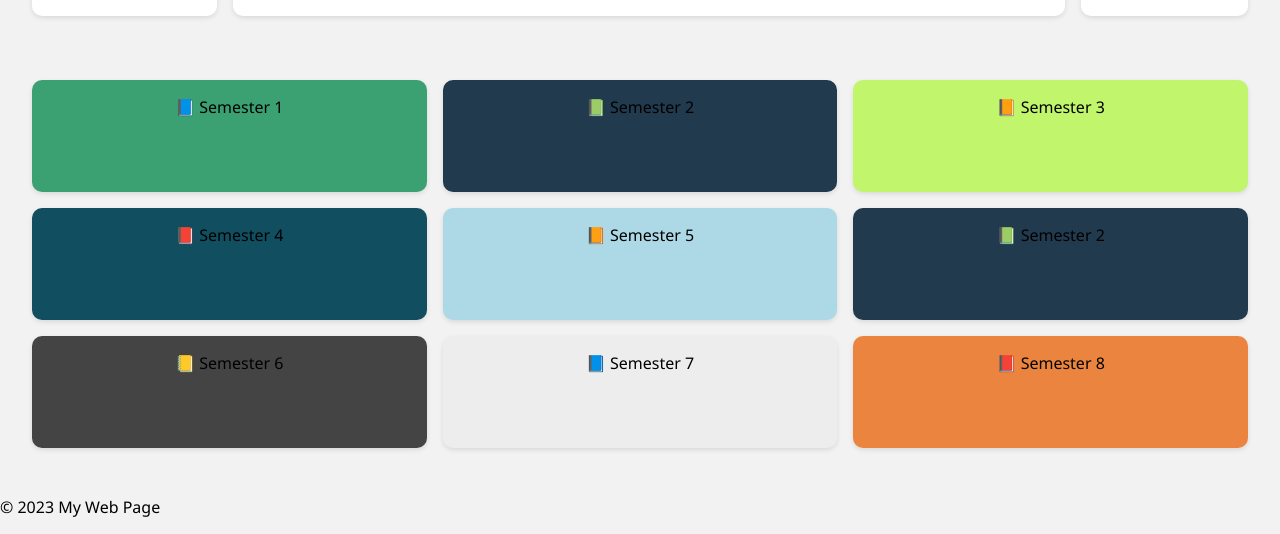
Repository: MariamSawera/eduNova
Page: index.html
These files come from the project's save history. The page is drawn as it stood at one moment and after the next save; the edit follows.
The browser window is 1280 px wide. The pictures show the part of the page from y = 1042 to 1576 px (the page is 1576 px tall).

Above is the page before, as saved 2025-07-21 20:07:39.

### index.html
<html>
<head>
    <title>My Web Page</title>
    <meta charset="UTF-8">
    <meta name="viewport" content="width=device-width, initial-scale=1.0">
    <link rel="stylesheet" href="styles.css">
    <script src="script.js"></script>

</head>
<body>
  <nav>
    <div class="logo">ClassHub</div>
    <ul>
      <li><a href="index.html">Home</a></li>
      <!-- <li><a href="#">Semesters</a></li> -->
      <li><a href="#">Subjects</a></li>
      <li><a href="#">Books</a></li>
      <li><a href="#">Resources</a></li>
      <li><a href="#">Assignments</a></li>
      <li><a href="#">Events</a></li>
      <li><a href="#">Contact</a></li>
      <!-- <li><a href="#">Announcements</a></li> -->
      <li><a href="#">Login</a></li>
    </ul>
  </nav>

  <!-- Hero Section -->
  <div class="hero">
    <h1 id="welcome">Hello, Guest 👋</h1>
    <input type="text" id="nameInput" placeholder="Enter your name" oninput="updateName()" />
  </div>

  <!-- Dashboard Section -->
  <div class="dashboard">
    <!-- Announcements -->
    <div class="card">
      <h3>📢 Announcements</h3>
      <ul>
        <li>Assignment Web development due 31 July</li>
        <li>Classes starting from 15 Aug</li>
        <li>Movie Day at University Oct 15</li>
      </ul>
    </div>

    <!-- Calendar -->
    <div class="card">
      <h3>📅 Calendar</h3>
      <p>All the events and updates have been marked in calender.</p>
      <iframe src="https://calendar.google.com/calendar/embed?src=onlinelearningrecordings%40gmail.com&ctz=Asia%2FKarachi" style="border: 0" width="800" height="600" frameborder="0" scrolling="no"></iframe>    </div>

    <!-- Online Users -->
    <div class="card">
      <h3>🟢 Online Users</h3>
      <ul>
        <li>Mariam</li>
        <li>Sidra</li>
        <li>Alishba</li>
      </ul>
    </div>
  </div>

  <!-- Quick Material Access -->
  <div class="quick-links">
    <div class="link-card" style="background-color: #3CA172;"><a href="firstsemester.html">📘 Semester 1</a></div>
    <div class="link-card" style="background-color: #223A4E;"><a href="">📗 Semester 2</a></div>
    <div class="link-card" style="background-color:  rgb(192, 245, 108);"><a href="">📙 Semester 3</a></div>
    <div class="link-card" style="background-color: #114F60;"><a href="">📕 Semester 4</a></div>
    <div class="link-card" style="background-color: lightblue;"><a href="">📙 Semester 5</a></div>
        <div class="link-card" style="background-color: #223A4E;"><a href="">📗 Semester 2</a></div>

    <div class="link-card" style="background-color: #444444"><a href="">📒 Semester 6</a></div>
    <div class="link-card" style="background-color: #EDEDED;"><a href="">📘 Semester 7</a></div>
    <div class="link-card" style="background-color: #eb843f;"><a href="">📕 Semester 8</a></div>
    <!-- <div class="link-card" style="background-color: #F9C548;"><a href="">📒 Past Papers</a></div> -->
    <!-- <div class="link-card" style="background-color: #3CA172;"><a href="">🔗 Important Links</a></div> -->
  </div>



    </body>

    <footer class="footer">
        <p>&copy; 2023 My Web Page</p>
    </footer>
</html>

### styles.css
    body {
      margin: 0;
      font-family: 'Segoe UI', sans-serif;
      background: #f2f2f2;
        /* background-color: #B3DDF0; */

    }

    nav {
      background-color: #004466;
      color: white;
      padding: 1rem;
      display: flex;
      justify-content: space-between;
      align-items: center;
    }

    nav .logo {
      font-size: 1.5rem;
      font-weight: bold;
    }

    a {
        text-decoration: none;
        color: inherit;
    }
    nav ul {
      list-style: none;
      display: flex;
      gap: 1rem;
    }

    nav ul li {
      display: inline;
    }

    nav ul li a {
      color: white;
      text-decoration: none;
    }


    .hero {
      /* background: linear-gradient(to right, #00aaff, #00ffcc); */
      background-image: url('./images/okokook.jpg');
      background-position: center;
      color: white;
      padding: 2rem;
      text-align: center;
      height: 20vh;
    }


    .hero input {
      padding: 0.5rem;
      border: none;
      border-radius: 5px;
      margin-top: 1rem;
      width: 200px;
    }

    .dashboard {
      display: grid;
      grid-template-columns: 1fr 1fr 1fr;
      gap: 1rem;
      padding: 2rem;
    }

    .card {
      background: white;
      padding: 1rem;
      border-radius: 10px;
      box-shadow: 0 2px 5px rgba(0,0,0,0.1);
    }

    .quick-links {
      padding: 2rem;
      display: grid;
      grid-template-columns: repeat(3, minmax(150px, 1fr));
      gap: 1rem;
    }

    .quick-links .link-card {
      background: white;
      text-align: center;
      padding: 1rem;
      border-radius: 10px;
      box-shadow: 0 2px 5px rgba(0,0,0,0.1);
      height: 80px;
    }

### script.js
function updateName() {
      const name = document.getElementById('nameInput').value;
      const welcome = document.getElementById('welcome');
      if(name.trim()) {
        welcome.textContent = `Hello, ${name}! 👋`;
      } else {
        welcome.textContent = `Hello, Guest 👋`;
      }
    }

After the next save:
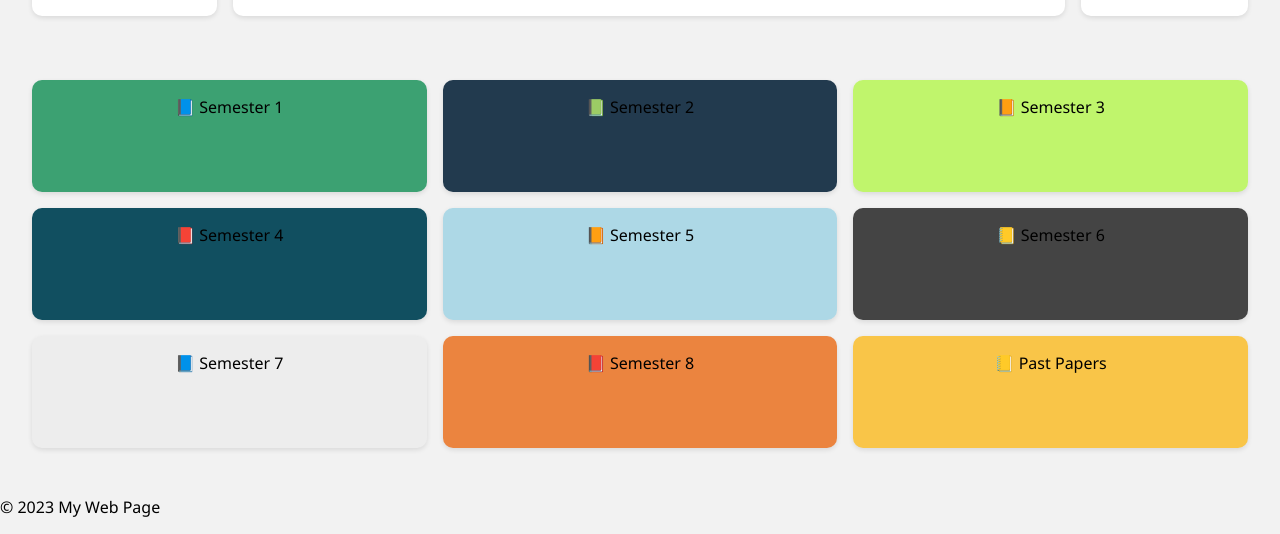
Saved 19 s later.
--- a/index.html
+++ b/index.html
@@ -66,12 +66,10 @@
     <div class="link-card" style="background-color:  rgb(192, 245, 108);"><a href="">📙 Semester 3</a></div>
     <div class="link-card" style="background-color: #114F60;"><a href="">📕 Semester 4</a></div>
     <div class="link-card" style="background-color: lightblue;"><a href="">📙 Semester 5</a></div>
-        <div class="link-card" style="background-color: #223A4E;"><a href="">📗 Semester 2</a></div>
-
     <div class="link-card" style="background-color: #444444"><a href="">📒 Semester 6</a></div>
     <div class="link-card" style="background-color: #EDEDED;"><a href="">📘 Semester 7</a></div>
     <div class="link-card" style="background-color: #eb843f;"><a href="">📕 Semester 8</a></div>
-    <!-- <div class="link-card" style="background-color: #F9C548;"><a href="">📒 Past Papers</a></div> -->
+    <div class="link-card" style="background-color: #F9C548;"><a href="">📒 Past Papers</a></div>
     <!-- <div class="link-card" style="background-color: #3CA172;"><a href="">🔗 Important Links</a></div> -->
   </div>
 
